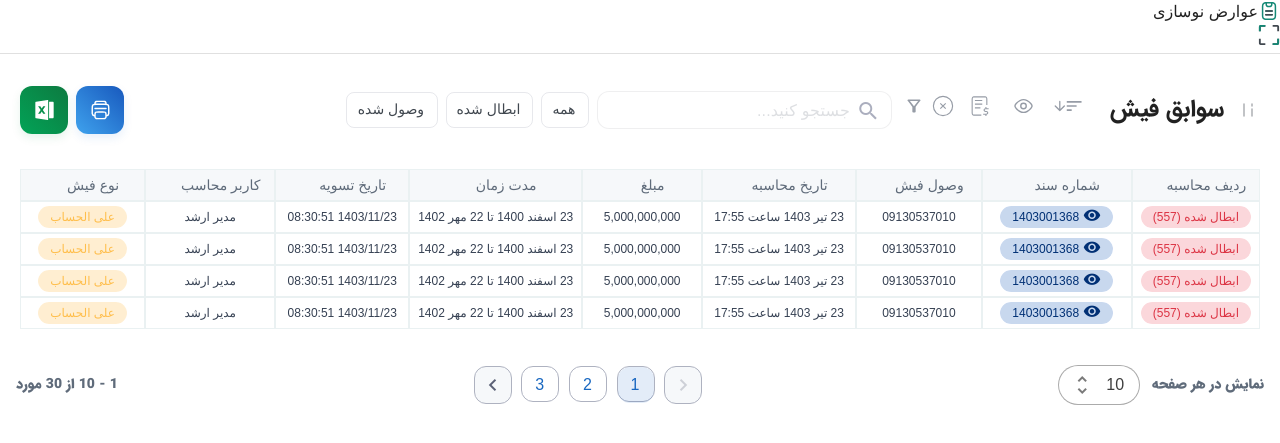
Repository: mobinazarein/data-table
Page: /
The author's editor kept a copy of each file at every save. The page is drawn from the files as they stood at one save, then again after the next save.
The browser window is 1280 px wide. The pictures show the whole page.
Some web fonts or font styles are not loaded; a fallback is used. The project was rebuilt for these pictures with package versions that can differ from the ones it lists, and the page was loaded fresh each time. Also part of the build but not shown: vue.config.js.

Above is the page before, as saved 2025-03-26 13:32:34.

### public/index.html
<!DOCTYPE html>
<html lang="en" dir="rtl">
  <head>
    <meta charset="utf-8">
    <meta http-equiv="X-UA-Compatible" content="IE=edge">
    <meta name="viewport" content="width=device-width,initial-scale=1.0">
    <link rel="icon" href="<%= BASE_URL %>favicon.ico">
    <title><%= htmlWebpackPlugin.options.title %></title>
  </head>
  <body>
    <noscript>
      <strong>We're sorry but <%= htmlWebpackPlugin.options.title %> doesn't
        work properly without JavaScript enabled. Please enable it to
        continue.</strong>
    </noscript>
    <div id="app"></div>
    <!-- built files will be auto injected -->
  </body>
</html>

### src/App.vue
<template>
  <v-app dir="rtl">
    <v-locale-provider :rtl="true">
      <div dir="rtl">
        <TopHeader />
        <DataTable :headers="pageData.headers" :items="pageData.items" :showExportButtons="true" :itemsPerPage="20"
          :showSearchBtn="true" :items-per-page="10" :customStyles="[
            { key: 'row', bgColor: '#FFEEF0', textColor: '#DC3545' },
            { key: 'documentNumber', bgColor: '#E4EFFF', textColor: '#013075', icon: 'mdi-eye', iconColor: '#013075', iconSize: '18px' },
            { key: 'receiptType', bgColor: '#FFBE4C26', textColor: '#FFBE4C' }
          ]" title="سوابق فیش" :iconComponent="PauseIcon"
          :iconList="[PaginationIcon, EyeIcon, InvoiceIcon, CircleCross, FilterIcon]"
          :mobileIconList="[PaginationIcon, EyeIcon, InvoiceIcon, CircleCross, FilterIcon, PrinterIcon, ExcelIcon]"
          :buttons="pageData.buttonList" :mobileFilterButtons="pageData.mobileBtn" :actions="actions" />
      </div>
    </v-locale-provider>
  </v-app>
</template>

<script setup>
import TopHeader from './layouts/TopHeader.vue';
import DataTable from './components/DataTable.vue';
import PauseIcon from './assets/Icons/PauseIcon.vue';
import PaginationIcon from '@/assets/Icons/PaginationIcon.vue';
import EyeIcon from '@/assets/Icons/EyeIcon.vue';
import InvoiceIcon from '@/assets/Icons/InvoiceIcon.vue';
import CircleCross from '@/assets/Icons/CircleCross.vue';
import FilterIcon from '@/assets/Icons/FilterIcon.vue';
import PrinterIcon from '@/assets/Icons/PrinterIcon.vue';
import ExcelIcon from '@/assets/Icons/ExcelIcon.vue';
import { ref } from 'vue';
const pageData = ref({
  headers: [
    { title: 'ردیف محاسبه', key: 'row', align: 'center', sortable: true, width: '121px' },
    { title: 'شماره سند', key: 'documentNumber', align: 'center', sortable: true, width: '165px' },
    { title: 'وصول فیش', key: 'receiptStatus', align: 'center', sortable: true, width: '139px' },
    { title: 'تاریخ محاسبه', key: 'calculationDate', align: 'center', sortable: true, width: '159px' },
    { title: 'مبلغ', key: 'amount', align: 'center', sortable: true, width: '139px' },
    { title: 'مدت زمان', key: 'duration', align: 'center', sortable: true, width: '165px' },
    { title: 'تاریخ تسویه', key: 'settlementDate', align: 'center', sortable: true, width: '139px' },
    { title: 'کاربر محاسب', key: 'user', align: 'center', sortable: true, width: '139px' },
    { title: 'نوع فیش', key: 'receiptType', align: 'center', sortable: true, width: '139px' },
    // { title: 'عملیات', key: 'actions', align: 'center', sortable: true, width: '139px' }
  ],
  items: [
    {
      row: 'ابطال شده (557)',
      documentNumber: '1403001368',
      receiptStatus: '09130537010',
      calculationDate: '23 تیر 1403 ساعت 17:55',
      amount: '5,000,000,000',
      duration: '23 اسفند 1400 تا 22 مهر 1402',
      settlementDate: '1403/11/23 08:30:51',
      user: 'مدیر ارشد',
      receiptType: 'علی الحساب',
    },
    {
      row: 'ابطال شده (557)',
      documentNumber: '1403001368',
      receiptStatus: '09130537010',
      calculationDate: '23 تیر 1403 ساعت 17:55',
      amount: '5,000,000,000',
      duration: '23 اسفند 1400 تا 22 مهر 1402',
      settlementDate: '1403/11/23 08:30:51',
      user: 'مدیر ارشد',
      receiptType: 'علی الحساب'
    },
    {
      row: 'ابطال شده (557)',
      documentNumber: '1403001368',
      receiptStatus: '09130537010',
      calculationDate: '23 تیر 1403 ساعت 17:55',
      amount: '5,000,000,000',
      duration: '23 اسفند 1400 تا 22 مهر 1402',
      settlementDate: '1403/11/23 08:30:51',
      user: 'مدیر ارشد',
      receiptType: 'علی الحساب'
    }, {
      row: 'ابطال شده (557)',
      documentNumber: '1403001368',
      receiptStatus: '09130537010',
      calculationDate: '23 تیر 1403 ساعت 17:55',
      amount: '5,000,000,000',
      duration: '23 اسفند 1400 تا 22 مهر 1402',
      settlementDate: '1403/11/23 08:30:51',
      user: 'مدیر ارشد',
      receiptType: 'علی الحساب'
    }
  ],
  buttonList: [
    { label: 'همه', width: 48 },
    { label: 'ابطال شده', width: 87 },
    { label: 'وصول شده', width: 92 },
  ],
  mobileBtn: [
    { label: "همه", width: 44, borderRadius: 62 },
    { label: "ابطال شده", width: 80, borderRadius: 42 },
    { label: "وصول شده", width: 89, borderRadius: 42 }
  ]
}).value;
const actions = [
  { icon: 'mdi-pencil', method: editItem },
  { icon: 'mdi-delete', method: deleteItem },
];
function editItem() {
  console.log('edit');
}
function deleteItem() {
  console.log('delete');

}
</script>
<style>
body {
  font-family: "IRANSans", sans-serif;
}
</style>

### src/assets/base.scss
// @import "./styles/fonts";

*,
*::before,
*::after {
  box-sizing: border-box;
  margin: 0;
  font-weight: normal;
  font-family: "IRANSans", sans-serif;
  letter-spacing: 0;
}

body {
  font-family: "IRANSans", sans-serif !important;
}
h1,
h2 {
  font-family: "IRANSans", sans-serif;
  font-weight: 700;
}
p {
  font-family: "IRANSans", sans-serif;
  font-weight: 400;
}
.v-field.v-field--center-affix.v-field--prepended.v-field--variant-outlined.v-theme--light.v-locale--is-rtl {
  border-radius: 12px !important;
}
.v-field__prepend-inner {
  color: #737993;
}

label.v-label.v-field-label {
  color: #c7cacf;
}

.v-field.v-field--center-affix.v-field--prepended.v-field--variant-outlined.v-theme--light.v-locale--is-rtl {
  color: #77787f4d;
}
/* .v-table__wrapper {
  overflow: hidden;
} */
.v-data-table thead {
  background-color: #f6f8fa !important;
  width: 138.41665649414062px;
  height: 32px !important;
}

.v-data-table thead th {
  height: 32px !important;
  color: #5f6b7a !important;
  font-weight: 700 !important;
  border: 1px solid #eaf1f2 !important;
  padding: 0 8px !important;
}

.v-data-table tbody tr td {
  height: 32px !important;
  color: #364153 !important;
  font-weight: 500 !important;
  border: 1px solid #eaf1f2 !important;
  white-space: nowrap !important;
  overflow: hidden !important;
  text-overflow: ellipsis !important;
  height: 32px !important;
  padding: 0 8px !important;
  font-size: 12px !important;
  padding: 0 8px !important;
  font-weight: 400 !important;
}

.v-data-table tbody tr {
  height: 32px !important;
}

td.v-data-table__td.v-data-table-column--align-center {
  font-size: 12px !important;
  height: 32px !important;
}

th {
  white-space: nowrap;
}

.custom-pagination .v-pagination__item {
  border-radius: 12px !important;
  min-width: 36px !important;
  height: 36px !important;
  font-size: 14px !important;
  color: #5b6176 !important;
  border: 1px solid #aeb2c0 !important;
}

.custom-pagination .v-pagination__item--active {
  border-radius: 12px !important;
  min-width: 36px !important;
  height: 36px !important;
  background-color: #b8dada !important;
  color: #148976 !important;
  border: 1px solid #148976 !important;
  font-weight: bold !important;
  box-shadow: none !important;
}
button.v-btn.v-btn--icon.v-theme--light.text-primary.v-btn--density-comfortable.v-btn--rounded.v-btn--size-default.v-btn--variant-text {
  border-radius: 12px !important;
}

.custom-pagination .v-pagination__prev,
.custom-pagination .v-pagination__next {
  border-radius: 12px !important;
  background-color: #f6f8fa !important;
  color: #5b6176 !important;
  border: 1px solid #aeb2c0 !important;
}
.mdi-chevron-right::before {
  color: #5b6176 !important;
}

.mdi-chevron-left::before {
  color: #5b6176 !important;
}

.custom-pagination .v-pagination__prev:hover,
.custom-pagination .v-pagination__next:hover,
.custom-pagination .v-pagination__prev:focus,
.custom-pagination .v-pagination__next:focus,
.custom-pagination .v-pagination__prev.v-pagination__item--active,
.custom-pagination .v-pagination__next.v-pagination__item--active {
  border: 1px solid #148976 !important;
  color: #148976 !important;
}

.custom-pagination .v-pagination__item--active,
.custom-pagination .v-pagination__item:focus {
  border-radius: 12px !important;
  min-width: 36px !important;
  height: 36px !important;
  background-color: #d8eef2 !important;
  color: #148976 !important;
  border: 1px solid #148976 !important;
  font-weight: bold !important;
}

.custom-pagination .v-pagination__item:hover {
  border: 1px solid #148976 !important;
  color: #148976 !important;
}

.custom-pagination .v-pagination__prev:hover,
.custom-pagination .v-pagination__next:hover {
  border: 1px solid #148976 !important;
  color: #148976 !important;
}

### src/layouts/TopHeader.vue
<template>
    <div class="flex justify-between items-center p-6 border-b border-[#ADB0B433] select-none">
        <div class="d-flex flex-row gap-x-1.25">
            <ClipBoard />
            <div class="h-5 text-nowrap">عوارض نوسازی</div>
        </div>
        <FullScreen class="cursor-pointer" @click="toggleFullscreen" />
    </div>
</template>
<script setup>
import ClipBoard from "../assets/Icons/headers/ClipboardIcon.vue";
import FullScreen from "../assets/Icons/headers/FullScreen.vue";
const toggleFullscreen = () => {
    if (document.fullscreenElement) {
        if (document.exitFullscreen) {
            document.exitFullscreen();
        } else if (document.webkitExitFullscreen) {
            // Safari
            document.webkitExitFullscreen();
        } else if (document.mozCancelFullScreen) {
            // Firefox
            document.mozCancelFullScreen();
        } else if (document.msExitFullscreen) {
            // IE/Edge
            document.msExitFullscreen();
        }
    } else {
        const doc = document.documentElement;
        if (doc.requestFullscreen) {
            doc.requestFullscreen();
        } else if (doc.mozRequestFullScreen) {
            // Firefox
            doc.mozRequestFullScreen();
        } else if (doc.webkitRequestFullscreen) {
            // Chrome, Safari, Opera
            doc.webkitRequestFullscreen();
        } else if (doc.msRequestFullscreen) {
            // IE/Edge
            doc.msRequestFullscreen();
        }
    }
};
</script>
<style scoped></style>

### src/assets/Icons/PauseIcon.vue
<template>
    <svg width="24" height="24" viewBox="0 0 24 24" fill="none" xmlns="http://www.w3.org/2000/svg">
        <path d="M8 6V18M16 6V8M16 18V11" stroke="#ADB0B4" stroke-width="1.5" stroke-linecap="round"
            stroke-linejoin="round" />
    </svg>
</template>

### src/assets/Icons/PaginationIcon.vue
<template>
    <svg width="36" height="48" viewBox="0 0 36 48" fill="none" xmlns="http://www.w3.org/2000/svg">
<path d="M9.79481 19.4529V28.5469M9.79481 28.5469L14.3418 23.9999M9.79481 28.5469L5.2478 23.9999" stroke="#969CA6" stroke-width="1.29915" stroke-linecap="round" stroke-linejoin="round"/>
<path d="M16.7693 28.9231H21.6924V27.282H16.7693V28.9231ZM16.7693 19.0769V20.7179H31.5385V19.0769H16.7693ZM16.7693 24.8205H26.6154V23.1795H16.7693V24.8205Z" fill="#969CA6"/>
</svg>
</template>

### src/assets/Icons/EyeIcon.vue
<template>
    <svg width="37" height="48" viewBox="0 0 37 48" fill="none" xmlns="http://www.w3.org/2000/svg">
<path d="M18.5 17.5833C21.4713 17.5833 24.0781 19.7396 25.7446 21.5522C26.4843 22.3568 26.8542 22.7591 26.979 23.5925C27.0096 23.7966 27.0096 24.2033 26.979 24.4073C26.8542 25.2407 26.4843 25.643 25.7446 26.4477C24.0781 28.2603 21.4713 30.4166 18.5 30.4166C15.5288 30.4166 12.922 28.2603 11.2555 26.4477C10.5158 25.643 10.1459 25.2407 10.0211 24.4073C9.99049 24.2033 9.99049 23.7966 10.0211 23.5925C10.1459 22.7591 10.5158 22.3568 11.2555 21.5522C12.922 19.7396 15.5288 17.5833 18.5 17.5833Z" stroke="#969CA6" stroke-width="1.375" stroke-linejoin="round"/>
<path d="M21.25 24C21.25 25.5188 20.0188 26.75 18.5 26.75C16.9812 26.75 15.75 25.5188 15.75 24C15.75 22.4812 16.9812 21.25 18.5 21.25C20.0188 21.25 21.25 22.4812 21.25 24Z" stroke="#969CA6" stroke-width="1.375" stroke-linejoin="round"/>
</svg>
</template>

### src/assets/Icons/InvoiceIcon.vue
<template>
    <svg width="35" height="48" viewBox="0 0 35 48" fill="none" xmlns="http://www.w3.org/2000/svg">
<path d="M26.6666 26.1999H23.9166V27.2999H26.6666V26.1999ZM23.9166 26.1999H23.4583V27.2999H23.9166V26.1999ZM23.4583 30.0499H24.375V28.9499H23.4583V30.0499ZM24.375 31.6999H23.9166V32.7999H24.375V31.6999ZM23.9166 31.6999H21.1666V32.7999H23.9166V31.6999ZM25.2 30.8749C25.2 31.3306 24.8306 31.6999 24.375 31.6999V32.7999C25.4381 32.7999 26.3 31.9381 26.3 30.8749H25.2ZM24.375 30.0499C24.8306 30.0499 25.2 30.4193 25.2 30.8749H26.3C26.3 29.8118 25.4381 28.9499 24.375 28.9499V30.0499ZM21.5333 28.1249C21.5333 29.1881 22.3951 30.0499 23.4583 30.0499V28.9499C23.0027 28.9499 22.6333 28.5806 22.6333 28.1249H21.5333ZM23.4583 26.1999C22.3951 26.1999 21.5333 27.0618 21.5333 28.1249H22.6333C22.6333 27.6693 23.0027 27.2999 23.4583 27.2999V26.1999ZM24.4666 26.7499V24.9166H23.3666V26.7499H24.4666ZM23.3666 32.2499V34.0833H24.4666V32.2499H23.3666ZM13.8333 15.3833H21.1666V14.2833H13.8333V15.3833ZM19.3333 32.6166H13.8333V33.7166H19.3333V32.6166ZM10.7166 29.4999V18.4999H9.61663V29.4999H10.7166ZM13.8333 32.6166C12.9535 32.6166 12.349 32.6154 11.8949 32.5544C11.4567 32.4954 11.2418 32.39 11.0925 32.2407L10.3147 33.0185C10.7024 33.4062 11.1881 33.5692 11.7483 33.6446C12.2928 33.7178 12.9846 33.7166 13.8333 33.7166V32.6166ZM9.61663 29.4999C9.61663 30.3486 9.61546 31.0405 9.68865 31.5849C9.76397 32.1451 9.92698 32.6308 10.3147 33.0185L11.0925 32.2407C10.9432 32.0914 10.8378 31.8766 10.7788 31.4383C10.7178 30.9842 10.7166 30.3797 10.7166 29.4999H9.61663ZM21.1666 15.3833C22.0464 15.3833 22.6509 15.3844 23.105 15.4455C23.5433 15.5044 23.7582 15.6099 23.9074 15.7591L24.6852 14.9813C24.2975 14.5936 23.8118 14.4306 23.2516 14.3553C22.7072 14.2821 22.0153 14.2833 21.1666 14.2833V15.3833ZM25.3833 18.4999C25.3833 17.6512 25.3845 16.9594 25.3113 16.415C25.2359 15.8547 25.0729 15.369 24.6852 14.9813L23.9074 15.7591C24.0567 15.9084 24.1622 16.1233 24.2211 16.5615C24.2821 17.0156 24.2833 17.6201 24.2833 18.4999H25.3833ZM13.8333 14.2833C12.9846 14.2833 12.2928 14.2821 11.7483 14.3553C11.1881 14.4306 10.7024 14.5936 10.3147 14.9813L11.0925 15.7591C11.2418 15.6099 11.4567 15.5044 11.8949 15.4455C12.349 15.3844 12.9535 15.3833 13.8333 15.3833V14.2833ZM10.7166 18.4999C10.7166 17.6201 10.7178 17.0156 10.7788 16.5615C10.8378 16.1233 10.9432 15.9084 11.0925 15.7591L10.3147 14.9813C9.92698 15.369 9.76397 15.8547 9.68865 16.415C9.61546 16.9594 9.61663 17.6512 9.61663 18.4999H10.7166ZM24.2833 18.4999V23.0833H25.3833V18.4999H24.2833ZM12.9166 19.0499H20.25V17.9499H12.9166V19.0499ZM12.9166 22.7166H20.25V21.6166H12.9166V22.7166ZM12.9166 26.3833H18.4166V25.2833H12.9166V26.3833Z" fill="#969CA6"/>
</svg>
</template>

### src/assets/Icons/CircleCross.vue
<template>
    <svg width="22" height="22" viewBox="0 0 21 20" fill="none" xmlns="http://www.w3.org/2000/svg">
        <path
            d="M7.90736 7.40719L13.0928 12.5926M13.0927 7.40719L7.90726 12.5926M19.6667 9.99992C19.6667 15.0625 15.5627 19.1666 10.5 19.1666C5.43743 19.1666 1.33337 15.0625 1.33337 9.99992C1.33337 4.93731 5.43743 0.833252 10.5 0.833252C15.5627 0.833252 19.6667 4.93731 19.6667 9.99992Z"
            stroke="#969CA6" stroke-width="1.1" />
    </svg>
</template>

### src/assets/Icons/FilterIcon.vue
<template>
    <svg width="20" height="20" viewBox="0 0 20 20" fill="none" xmlns="http://www.w3.org/2000/svg">
<path d="M5.90159 5.07682H14.1067L9.99595 10.246L5.90159 5.07682ZM3.64518 4.75682C5.30262 6.88194 8.36313 10.8204 8.36313 10.8204V15.7435C8.36313 16.1948 8.73236 16.564 9.18364 16.564H10.8247C11.276 16.564 11.6452 16.1948 11.6452 15.7435V10.8204C11.6452 10.8204 14.6975 6.88194 16.3549 4.75682C16.7734 4.21528 16.3877 3.43579 15.7067 3.43579H4.29339C3.61236 3.43579 3.22672 4.21528 3.64518 4.75682Z" fill="#969CA6"/>
</svg>
</template>

### src/assets/Icons/PrinterIcon.vue
<template>
    <svg
      width="23"
      height="24"
      viewBox="0 0 23 24"
      fill="none"
      xmlns="http://www.w3.org/2000/svg"
      :style="{ color: iconColor }"
    >
      <path
        d="M6 10.5641H17M6 17.7447V17.7447C5.66891 17.7447 5.50337 17.7447 5.36418 17.7283C4.26359 17.599 3.39569 16.7311 3.26636 15.6305C3.25 15.4913 3.25 15.3257 3.25 14.9947V10.5641C3.25 8.76909 3.25 7.87158 3.70712 7.24241C3.85475 7.03921 4.03345 6.86052 4.23664 6.71289C4.86582 6.25577 5.76332 6.25577 7.55833 6.25577H15.4417C17.2367 6.25577 18.1342 6.25577 18.7634 6.71289C18.9666 6.86052 19.1452 7.03921 19.2929 7.24241C19.75 7.87158 19.75 8.76909 19.75 10.5641V14.9947C19.75 15.3257 19.75 15.4913 19.7336 15.6305C19.6043 16.7311 18.7364 17.599 17.6358 17.7283C17.4966 17.7447 17.3311 17.7447 17 17.7447V17.7447M6 17.7447V17.7447C6 18.6368 6 19.0829 6.14576 19.4348C6.3401 19.904 6.71286 20.2768 7.18205 20.4711C7.53393 20.6169 7.98003 20.6169 8.87222 20.6169H14.1278C15.02 20.6169 15.4661 20.6169 15.818 20.4711C16.2871 20.2768 16.6599 19.904 16.8542 19.4348C17 19.0829 17 18.6368 17 17.7447V17.7447M6 17.7447V17.3617C6 15.9257 6 15.2077 6.3657 14.7043C6.4838 14.5418 6.62676 14.3988 6.78931 14.2807C7.29265 13.915 8.01066 13.915 9.44667 13.915H13.5533C14.9893 13.915 15.7073 13.915 16.2107 14.2807C16.3732 14.3988 16.5162 14.5418 16.6343 14.7043C17 15.2077 17 15.9257 17 17.3617V17.7447M17 6.25577V6.25577C17 5.36358 17 4.91748 16.8542 4.56559C16.6599 4.09641 16.2871 3.72364 15.818 3.5293C15.4661 3.38354 15.02 3.38354 14.1278 3.38354H8.87222C7.98003 3.38354 7.53393 3.38354 7.18205 3.5293C6.71286 3.72364 6.3401 4.09641 6.14576 4.56559C6 4.91748 6 5.36358 6 6.25577V6.25577H17Z"
        stroke="currentColor"
        stroke-width="1.43611"
        stroke-linecap="round"
        stroke-linejoin="round"
      />
    </svg>
  </template>

  <script setup>
  import { defineProps } from 'vue';

  defineProps({
    iconColor: {
      type: String,
      default: 'white',
    },
  });
  </script>

### src/assets/Icons/ExcelIcon.vue
<template>
    <svg
      width="23"
      height="22"
      viewBox="0 0 23 22"
      fill="none"
      xmlns="http://www.w3.org/2000/svg"
      :style="{ color: iconColor }"
    >
      <g clip-path="url(#clip0_397_6997)">
        <path
          d="M3.12085 2.63712L14.6434 0.991705C14.7084 0.982376 14.7747 0.987136 14.8377 1.00566C14.9007 1.02419 14.959 1.05604 15.0087 1.09908C15.0583 1.14211 15.0981 1.19531 15.1254 1.25507C15.1527 1.31483 15.1668 1.37976 15.1668 1.44546V20.5543C15.1668 20.6199 15.1527 20.6847 15.1254 20.7444C15.0982 20.8041 15.0585 20.8573 15.009 20.9003C14.9594 20.9433 14.9012 20.9752 14.8383 20.9938C14.7754 21.0124 14.7092 21.0172 14.6443 21.008L3.11994 19.3626C2.90142 19.3315 2.70147 19.2226 2.55682 19.0559C2.41216 18.8892 2.33252 18.6758 2.33252 18.4551V3.54462C2.33252 3.3239 2.41216 3.11059 2.55682 2.94388C2.70147 2.77716 2.90234 2.66824 3.12085 2.63712ZM16.0834 2.74987H19.7501C19.9932 2.74987 20.2264 2.84645 20.3983 3.01836C20.5702 3.19027 20.6668 3.42342 20.6668 3.66654V18.3332C20.6668 18.5763 20.5702 18.8095 20.3983 18.9814C20.2264 19.1533 19.9932 19.2499 19.7501 19.2499H16.0834V2.74987ZM9.8501 10.9999L12.4168 7.33321H10.2168L8.7501 9.42871L7.28344 7.33321H5.08344L7.6501 10.9999L5.08344 14.6665H7.28344L8.7501 12.571L10.2168 14.6665H12.4168L9.8501 10.9999Z"
          fill="currentColor"
        />
      </g>
      <defs>
        <clipPath id="clip0_397_6997">
          <rect width="22" height="22" fill="white" transform="translate(0.5)" />
        </clipPath>
      </defs>
    </svg>
  </template>

  <script setup>
  import { defineProps } from 'vue';

  defineProps({
    iconColor: {
      type: String,
      default: 'white',
    },
  });
  </script>

### src/assets/styles/_fonts.scss
@font-face {
  font-family: "IRANSans";
  src: url("/public/fonts/IRANSans.woff2") format("woff2");
  font-weight: 400;
  font-style: normal;
  font-display: swap;
}

@font-face {
  font-family: "IRANSans";
  src: url("/public/fonts/IRANSans_Black.woff2") format("woff2");
  font-weight: 500;
  font-style: normal;
  font-display: swap;
}

@font-face {
  font-family: "IRANSans";
  src: url("/public/fonts/IRANSans_Bold.woff2") format("woff2");
  font-weight: 800;
  font-style: normal;
  font-display: swap;
}

### src/assets/Icons/headers/FullScreen.vue
<template>
  <svg width="22" height="22" viewBox="0 0 22 22" fill="none" xmlns="http://www.w3.org/2000/svg">
    <g clip-path="url(#clip0_762_4180)">
      <path
        d="M3.66676 2.74973C3.20873 2.74973 2.95741 2.75168 2.78307 2.77512L2.7764 2.77603L2.77548 2.78271C2.75204 2.95705 2.75009 3.20836 2.75009 3.6664V7.33306H0.916761L0.916755 3.61652C0.916678 3.22779 0.916604 2.85 0.958496 2.53842C1.00572 2.18715 1.12078 1.78631 1.45373 1.45337C1.78668 1.12042 2.18752 1.00536 2.53878 0.95813C2.85037 0.916238 3.22816 0.916312 3.61689 0.916388L7.33343 0.916395V2.74973H3.66676Z"
        fill="#40474F" />
      <path
        d="M18.3334 2.74973C18.7915 2.74973 19.0428 2.75168 19.2171 2.77512L19.2238 2.77603L19.2247 2.78271C19.2481 2.95705 19.2501 3.20836 19.2501 3.6664V7.33306H21.0834L21.0834 3.61652C21.0835 3.22781 21.0836 2.84999 21.0417 2.53842C20.9945 2.18715 20.8794 1.78631 20.5465 1.45337C20.2135 1.12042 19.8127 1.00536 19.4614 0.95813C19.1498 0.916238 18.772 0.916312 18.3833 0.916388L14.6668 0.916395V2.74973H18.3334Z"
        fill="#40474F" />
      <path
        d="M18.3334 19.2497C18.7915 19.2497 19.0428 19.2478 19.2171 19.2243L19.2238 19.2234L19.2247 19.2167C19.2481 19.0424 19.2501 18.7911 19.2501 18.333V14.6664H21.0834L21.0834 18.3829C21.0835 18.7716 21.0836 19.1494 21.0417 19.461C20.9945 19.8123 20.8794 20.2131 20.5465 20.5461C20.2135 20.879 19.8127 20.9941 19.4614 21.0413C19.1498 21.0832 18.772 21.0831 18.3833 21.083L14.6668 21.083V19.2497H18.3334Z"
        fill="#40474F" />
      <path
        d="M2.78307 19.2243C2.95741 19.2478 3.20873 19.2497 3.66676 19.2497H7.33343V21.083L3.61689 21.083C3.22816 21.0831 2.85037 21.0832 2.53878 21.0413C2.18752 20.9941 1.78668 20.879 1.45373 20.5461C1.12078 20.2131 1.00572 19.8123 0.958496 19.461C0.916603 19.1494 0.916678 18.7716 0.916755 18.3829L0.916761 14.6664H2.75009V18.333C2.75009 18.7911 2.75204 19.0424 2.77548 19.2167L2.7764 19.2234L2.78307 19.2243Z"
        fill="#40474F" />
    </g>
    <path
      d="M3.66652 2.74985C3.20848 2.74985 2.95717 2.7518 2.78283 2.77524L2.77615 2.77615L2.77524 2.78283C2.7518 2.95717 2.74985 3.20848 2.74985 3.66652V7.33318H0.916517L0.91651 3.61664C0.916434 3.22791 0.91636 2.85013 0.958251 2.53854C1.00548 2.18727 1.12054 1.78644 1.45349 1.45349C1.78643 1.12054 2.18727 1.00548 2.53854 0.958252C2.85013 0.91636 3.22791 0.916434 3.61664 0.91651L7.33318 0.916517V2.74985H3.66652Z"
      fill="#148976" />
    <path
      d="M18.3332 19.2498C18.7912 19.2498 19.0425 19.2479 19.2169 19.2244L19.2235 19.2235L19.2245 19.2168C19.2479 19.0425 19.2498 18.7912 19.2498 18.3332V14.6665H21.0832L21.0832 18.383C21.0833 18.7717 21.0833 19.1496 21.0414 19.4611C20.9942 19.8124 20.8792 20.2132 20.5462 20.5462C20.2133 20.8791 19.8124 20.9942 19.4612 21.0414C19.1496 21.0833 18.7718 21.0832 18.3831 21.0832L14.6665 21.0832V19.2498H18.3332Z"
      fill="#148976" />
    <defs>
      <clipPath id="clip0_762_4180">
        <rect width="22" height="22" fill="white" />
      </clipPath>
    </defs>
  </svg>
</template>

Loaded but not shown: src/plugins/vuetify.js (17 lines, source omitted); src/main.js (9 lines, source omitted); src/components/DataTable.vue (235 lines, source omitted); src/assets/Icons/headers/ClipboardIcon.vue (9 lines, source omitted)

After the next save:
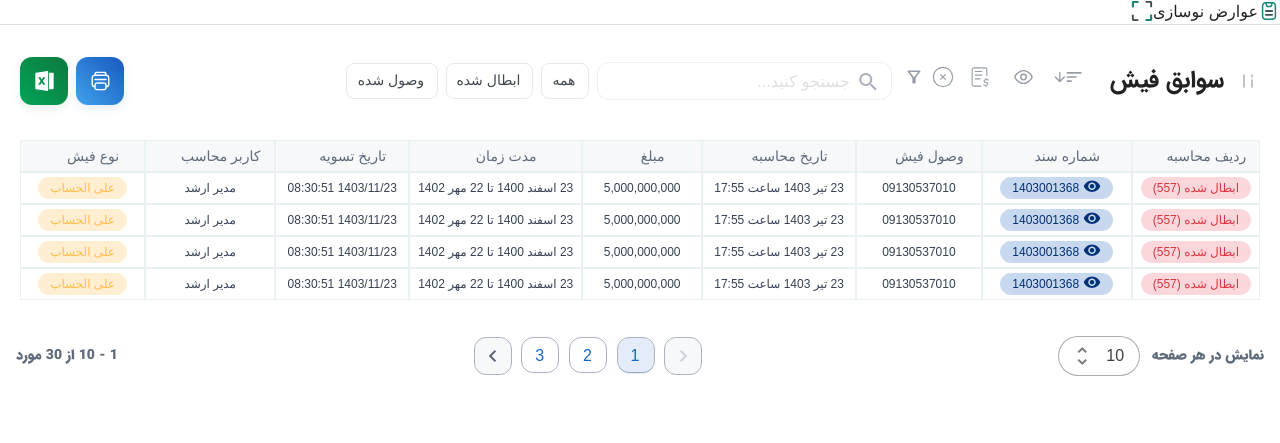
Saved 6 s later.
--- a/src/layouts/TopHeader.vue
+++ b/src/layouts/TopHeader.vue
@@ -1,5 +1,5 @@
 <template>
-    <div class="flex justify-between items-center p-6 border-b border-[#ADB0B433] select-none">
+    <div class="d-flex justify-between items-center p-6 border-b border-[#ADB0B433] select-none">
         <div class="d-flex flex-row gap-x-1.25">
             <ClipBoard />
             <div class="h-5 text-nowrap">عوارض نوسازی</div>
